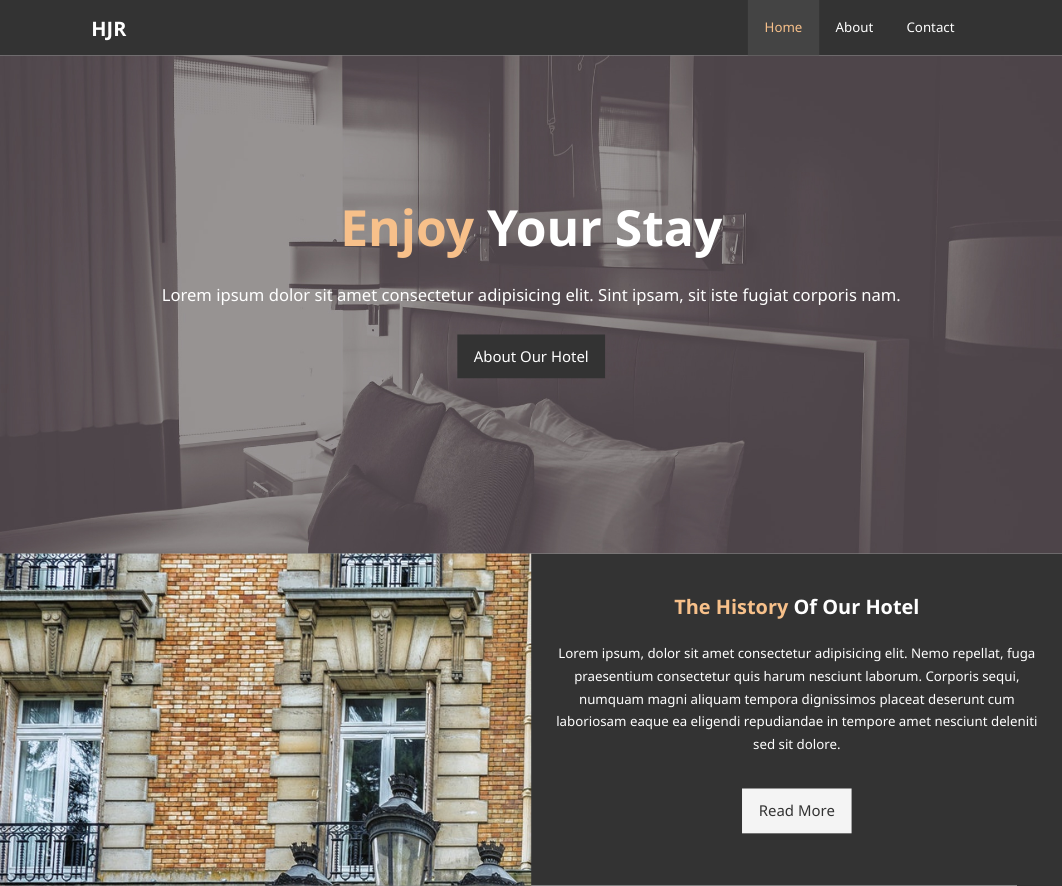
Repository: dimlutine/Hotel-Project
Page: index.html
The author's editor kept a copy of each file at every save. The page is drawn from the files as they stood at one save, then again after the next save.
The browser window is 1280 px wide. The pictures show the whole page, at 83% of full size.

Above is the page before, as saved 2019-07-05 22:19:28.

### index.html
<!DOCTYPE html>
<html lang="en">

<head>
    <meta charset="UTF-8">
    <meta name="viewport" content="width=device-width, initial-scale=1.0">
    <meta http-equiv="X-UA-Compatible" content="ie=edge">
    <meta name="description" content="Welcome to the neatest hotel in Durham, North Carolina!">
    <meta name="keywords" content="hotel,durham hotel, north carolina hotel, rdu hotel">
    <link rel="stylesheet" href="css/style.css">
    <title>Hotel JR | Durham Hotel</title>
</head>

<body>
    <header>
        <nav id="navbar">
            <div class="container">
                <h1 class="logo"><a href="index.html">HJR</a></h1>
                <ul>
                    <li><a class="current" href="index.html">Home</a></li>
                    <li><a href="about.html">About</a></li>
                    <li><a href="contact.html">Contact</a></li>
                </ul>
            </div>

        </nav>
        <div id="showcase">
            <div class="container">
                <div class="showcase-content">
                    <h1>
                        <span class="text-primary">Enjoy</span> Your Stay
                    </h1>
                    <p class="lead">Lorem ipsum dolor sit amet consectetur adipisicing elit. Sint ipsam, sit iste fugiat corporis nam.</p>
                    <a class="btn" href="about.html">About Our Hotel</a>
                </div>
            </div>
        </div>
    </header>

    <section id="home-info" class="bg-dark">
        <div class="info-img"></div>
        <div class="info-content">
            <h2><span class="text-primary">The History </span>Of Our Hotel</h2>
            <p>Lorem ipsum, dolor sit amet consectetur adipisicing elit. Nemo repellat, fuga praesentium consectetur quis harum nesciunt laborum. Corporis sequi, numquam magni aliquam tempora dignissimos placeat deserunt cum laboriosam eaque ea eligendi
                repudiandae in tempore amet nesciunt deleniti sed sit dolore.</p>
            <a href="about.html" class="btn btn-light">Read More</a>
        </div>
    </section>
</body>

</html>

### css/style.css
* {
    padding: 0;
    margin: 0;
    box-sizing: border-box;
}

html,
body {
    font-family: 'Segoe UI', 'Segoe UI', Tahoma, Geneva, Verdana, sans-serif;
    line-height: 1.7em;
}

a {
    color: #333;
    text-decoration: none;
}

h1,
h2,
h3 {
    padding-bottom: 20px;
}

p {
    margin: 10px 0;
}


/* Utilities */

.container {
    margin: auto;
    max-width: 1100px;
    overflow: auto;
    padding: 0 20px;
}

.text-primary {
    color: #f7c08a;
}

.lead {
    font-size: 20px;
}

.btn {
    display: inline-block;
    font-size: 18px;
    color: #fff;
    background: #333;
    padding: 13px 20px;
    border: none;
    cursor: pointer;
}

.btn:hover {
    background: #f7c08a;
    color: #333;
}

.btn-light {
    background: #f4f4f4;
    color: #333;
}

.bg-dark {
    background: #333;
    color: #fff;
}

.bg-light {
    background: #f4f4f4;
    color: #333;
}

.bg-primary {
    background: #333;
    color: #f7c08a;
}

#navbar {
    background: #333;
    color: #fff;
    overflow: auto;
}

#navbar a {
    color: #fff;
}

#navbar h1 {
    float: left;
    padding-top: 20px;
}

#navbar ul {
    float: right;
    list-style: none;
}

#navbar ul li {
    float: left;
}

#navbar ul li a {
    display: block;
    padding: 20px;
    text-align: center;
}

#navbar ul li a:hover,
#navbar ul li a.current {
    background: #444;
    color: #f7c08a;
}


/* Showcase */

#showcase {
    background: url('../img/showcase.jpg') no-repeat center center/cover;
    height: 600px;
}

#showcase .showcase-content {
    color: #fff;
    text-align: center;
    padding-top: 170px;
}

#showcase .showcase-content h1 {
    font-size: 60px;
    line-height: 1.2em;
}

#showcase .showcase-content p {
    padding-bottom: 20px;
    line-height: 1.7em;
}


/* Home Info */

#home-info {
    height: 400px;
}

#home-info .info-img {
    float: left;
    width: 50%;
    background: url('../img/photo-1.jpg') no-repeat;
    min-height: 100%;
}

#home-info .info-content {
    float: right;
    width: 50%;
    height: 100%;
    text-align: center;
    padding: 50px 30px;
    overflow: hidden;
}

#home-info .info-content p {
    padding-bottom: 30px;
}

After the next save:
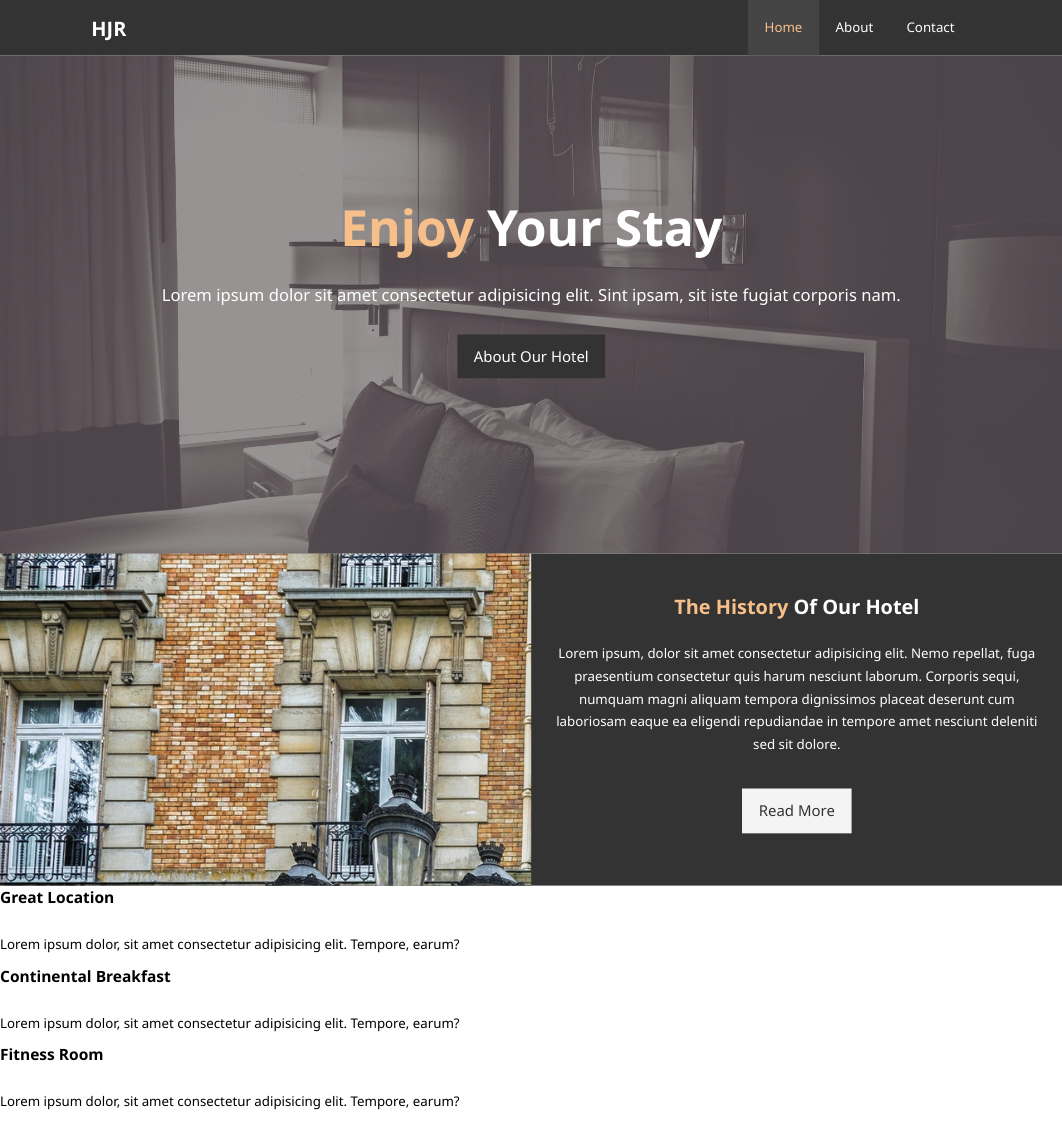
Saved 2 min 53 s later.
--- a/index.html
+++ b/index.html
@@ -46,6 +46,21 @@
             <a href="about.html" class="btn btn-light">Read More</a>
         </div>
     </section>
+
+    <section id="features">
+        <div class="box">
+            <h3>Great Location</h3>
+            <p>Lorem ipsum dolor, sit amet consectetur adipisicing elit. Tempore, earum?</p>
+        </div>
+        <div class="box">
+            <h3>Continental Breakfast</h3>
+            <p>Lorem ipsum dolor, sit amet consectetur adipisicing elit. Tempore, earum?</p>
+        </div>
+        <div class="box">
+            <h3>Fitness Room</h3>
+            <p>Lorem ipsum dolor, sit amet consectetur adipisicing elit. Tempore, earum?</p>
+        </div>
+    </section>
 </body>
 
 </html>
